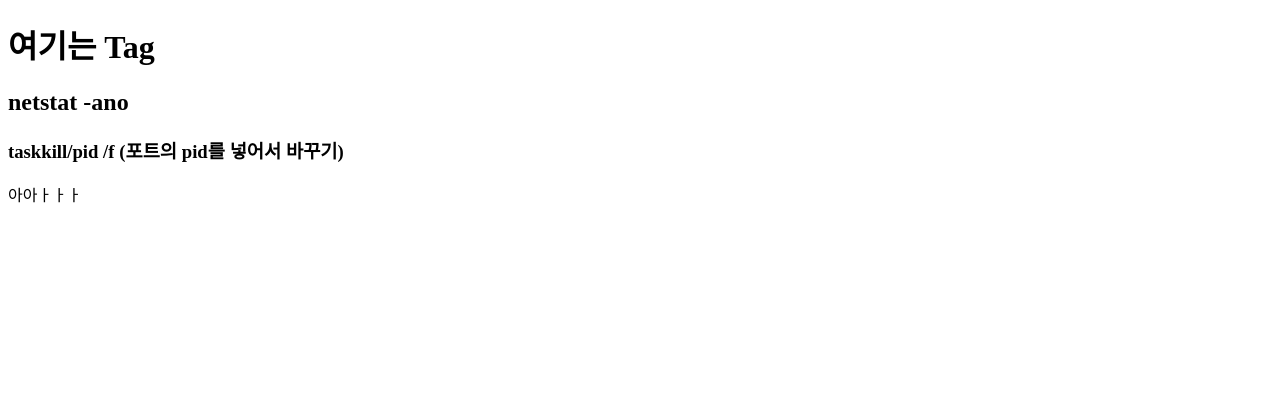
Repository: joeunpyeong/javaA
Page: 03.Tag/src/main/webapp/index.html
An editor plug-in stored every save of this project. The page is shown before and after the next save, followed by the edit.
The browser window is 1280 px wide. The pictures show the whole page.

Above is the page before, as saved 2023-05-19 00:55:00.

After the next save:
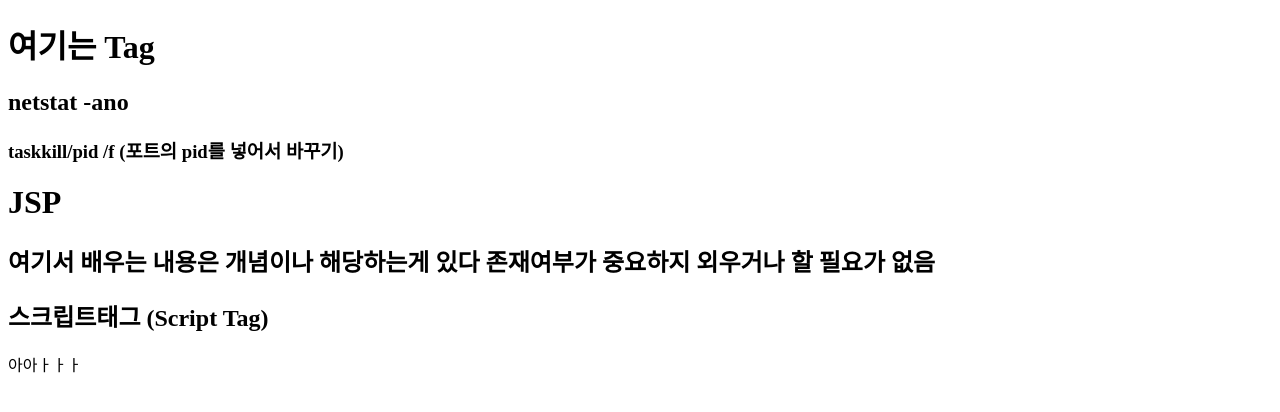
Saved 2 min 21 s later.
--- a/03.Tag/src/main/webapp/index.html
+++ b/03.Tag/src/main/webapp/index.html
@@ -10,7 +10,9 @@
 	<h3>taskkill/pid /f (포트의 pid를 넣어서 바꾸기)</h3>
 
 
-
+	<h1>JSP</h1>
+	<h2>여기서 배우는 내용은 개념이나 해당하는게 있다 존재여부가 중요하지 외우거나 할 필요가 없음</h2>
+	<h2>스크립트태그 (Script Tag)</h2>
 	<a>아아ㅏㅏㅏ</a>
 
 
